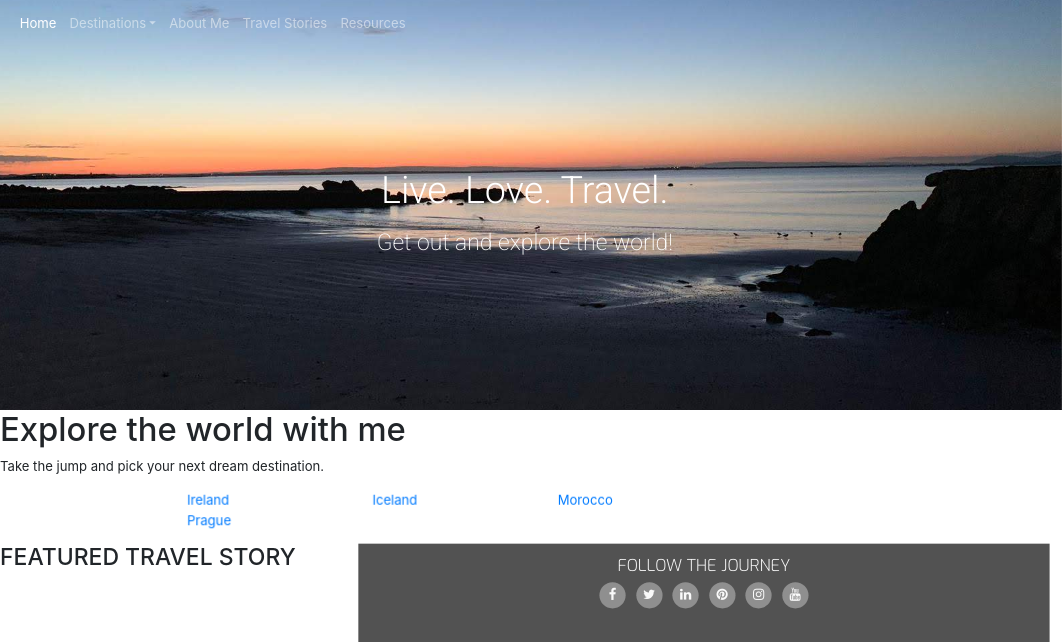
Repository: lhynes/User-Centric-Frontend-Development-Milestone-Project
Page: index.html
The author's editor kept a record of every edit. The page is drawn from the files as they stood at one moment, then again after the next edit.
The browser window is 1280 px wide. The page is 1295 px wide, so the pictures cover 1295 px, including what lies to the right of the window. The pictures show the whole page, at 82% of full size.
Some web libraries are served in a nearby version.

Above is the page before.

### index.html
<!DOCTYPE html>
<html lang="en">

<head>
    <meta charset="UTF-8">
    <meta name="viewport" content="width=device-width, initial-scale=1.0">
    <meta http-equiv="X-UA-Compatible" content="ie=edge">
    <!--access exrtenal links - bootstrap cdn - https://www.bootstrapcdn.com/-->
    <link rel="stylesheet" href="https://stackpath.bootstrapcdn.com/bootstrap/4.3.1/css/bootstrap.min.css" type="text/css" />
    <script src="https://ajax.googleapis.com/ajax/libs/jquery/3.3.1/jquery.min.js"></script>
    <script src="https://cdnjs.cloudflare.com/ajax/libs/popper.js/1.12.9/umd/popper.min.js"></script>
    <script src="https://maxcdn.bootstrapcdn.com/bootstrap/4.0.0/js/bootstrap.min.js"></script>




    <!--access exrtenal links - fontAwesome cdn - https://www.bootstrapcdn.com/-->
    <link rel="stylesheet" href="https://stackpath.bootstrapcdn.com/font-awesome/4.7.0/css/font-awesome.min.css" type="text/css" />
    <!--CdN to access hover CSS-->
    <link rel="stylesheet" href="https://cdnjs.cloudflare.com/ajax/libs/hover.css/2.3.1/css/hover-min.css" type="text/css" />
    <!-- project CSS style sheet-->
    <link rel="stylesheet" href="assets/css/style.css" type="text/css" />
    <script src="//maxcdn.bootstrapcdn.com/bootstrap/3.3.0/js/bootstrap.min.js"></script>
    <script src="//code.jquery.com/jquery-1.11.1.min.js"></script>
    <title>Live.Love.Travel.</title>
</head>

<body>
    <header>
        <!-- hero image and nagivation section-->
        <div class="row hero">
            <!--nav-->
            <div class="col-md-12">
                <!--Navbar - https://mdbootstrap.com/snippets/jquery/ascensus/145608-->
                <nav class="navbar navbar-expand-lg navbar-dark primary-color">
                    <!-- Collapse button to ensure correct for mobile view -->
                    <button class="navbar-toggler" type="button" data-toggle="collapse" data-target="#basicExampleNav" aria-controls="basicExampleNav" aria-expanded="false" aria-label="Toggle navigation">
        <span class="navbar-toggler-icon"></span>
      </button>

                    <!-- Collapsible content -->
                    <div class="collapse navbar-collapse" id="basicExampleNav">

                        <!-- Links -->
                        <ul class="navbar-nav mr-auto">
                            <li class="nav-item active">
                                <a class="nav-link" href="index.html">Home
              <span class="sr-only">(current)</span>
            </a>
                            </li>

                            <!-- Dropdown for destinations -->
                            <li class="nav-item dropdown">
                                <a class="nav-link dropdown-toggle" id="navbarDropdownMenuLink1" data-toggle="dropdown" aria-haspopup="true" aria-expanded="false">Destinations</a>
                                <div class="dropdown-menu dropdown-primary" aria-labelledby="navbarDropdownMenuLink1">
                                    <a class="dropdown-item" href="ireland.html">Ireland</a>
                                    <a class="dropdown-item" href="iceland.html">Iceland</a>
                                    <a class="dropdown-item" href="morocco.html">Morocco</a>
                                    <a class="dropdown-item" href="prague.html">Prague</a>
                                </div>
                            </li>
                            <li class="nav-item">
                                <a class="nav-link" href="aboutme.html">About Me</a>
                            </li>


                            <li class="nav-item">
                                <a class="nav-link" href="travelstories">Travel Stories</a>
                            </li>
                            <li class="nav-item">
                                <a class="nav-link" href="resources">Resources</a>
                            </li>
                        </ul>
                </nav>

                </div>
                <!-- Tagline-->
                <div class="col-md-12">
                    <div class="row no-gutters bg-color-name-title">
                        <div class="col heading">
                            <h1 class="hero-title">Live. Love. Travel.</h1>
                            <h2 class="hero-subtitle">Get out and explore the world!</h2>
                        </div>
                    </div>
                </div>

            </div>
    </header>

    <!-- Main content section -->
    <section>
        <div class="row">
            <div class="col homepageWelcomeMessage">
                <h1> Explore the world with me</h1>
                <p>Take the jump and pick your next dream destination.
                </p>
            </div>
        </div>

        <div class="row no-gutters">
            <div class="col-md-2">

            </div>
            <div class="col-md-8">
                <ul id="destinationNav" class="list-inline destinationcontainer">
                    <li class="col-6 col-sm-3 ui-destination-ireland list-inline-item menuitem">
                        <a href="ireland.html" class="hvr-sweep-to-bottom"><span>Ireland</span></a>
                    </li>

                    <li class="col-6 col-sm-3 ui-menu-destination-iceland list-inline-item menuitem">
                        <a href="iceland.html" class="hvr-sweep-to-bottom"><span>Iceland</span></a>
                    </li>

                    <li class="col-6 col-sm-3 ui-menu-destination-morocco list-inline-item menuitem">
                        <a href="morocco.html" class="hvr-sweep-to-bottom"><span>Morocco</span></a>
                    </li>
                    <li class="col-6 col-sm-3 ui-menu-destination-prague list-inline-item menuitem">
                        <a href="prague.html" target="_blank" class="hvr-sweep-to-bottom"><span>Prague</span></a>
                    </li>
                </ul>
            </div>
            <div class="col-md-2"></div>
        </div>
        <!--  <div class="row">
            <div class="col homepageWelcomeMessage">
                <h1> Featured Travel story</h1>
                <p>Take the jump and pick your next dream destination.
                </p>
            </div>
        </div>-->


        <div class="row featureTravelStorySection">
            <!--allow us to create a table structure so that our columns will remain the same height, regardless of content-->
            <!--he row-table class specifies the use of a table whereas section-column specifies the use of a table cell, which will give us evenly sized columns in terms of height.-->


            <div class="col-md-4 bg-color-personal-info section-column">
                <div class="row">
                    <div class="col-12">
                        <h3 class="section-heading uppercase">
                            Featured Travel story
                        </h3>
                    </div>
                </div>


            </div>
            <div class="col-md-8 bg-color-three-reasons section-column">
                <div class="row">
                    <div class="col">
                        <!--<div class="card">
                            <div class="card-body"> "On day three of the classic Inka Trail to Machu Picchu in Peru, we reached the summit of Abra de Runkuracay eager to take in the views around us. The day was unusually warm; wispy white clouds rolled in and out of the deep
                                green valleys, aided by a gentle breeze. We scuttled up to the highest point we could find. Even though the clouds obstructed much of the view, I could feel the enormity of the valley we were perched above. I searched for
                                snowy peaks in the distance, searched for the river far below. In that moment, I could do no more than revere my surroundings and feel that I was a part of something important. The history enveloped me, the sights burned
                                themselves into my memory, the crisp mountain air filled my lungs. My overwhelmed senses were reminding me: This is why I travel." Story by <a href="https://hostelgeeks.com/machu-picchus-gigantic-aura-reminder-travel/"
                                    target="_blank">Anna</a> </div>
                        </div>
                    </div>
                </div>

            </div>
        </div>





    </section>
    <!--Footer section-->
    <footer class="container-fluid">
        <!--full width flexible container-->
        <div id="footer-details" class="row">
            <div class="col-sm-12">
                <h5 class="uppercase general-sub">Follow the Journey</h5>
                <ul class="list-inline social-links">
                    <li class="list-inline-item">
                        <!-- every list-inline in boostrap needs a list-inline item-->
                        <a target="_blank" href="">
                            <i class="fa fa-facebook" aria-hidden="true"></i>
                            <span class="sr-only">Facebook</span>
                        </a>
                    </li>
                    <li class="list-inline-item">
                        <a target="_blank" href="#">
                            <i class="fa fa-twitter" aria-hidden="true"></i>
                            <span class="sr-only">Twitter</span>
                        </a>
                    </li>
                    <li class="list-inline-item">
                        <a target="_blank" href="#">
                            <i class="fa fa-linkedin" aria-hidden="true"></i>
                            <span class="sr-only">LinkedIn</span>
                        </a>
                    </li>
                    <li class="list-inline-item">
                        <a target="_blank" href="#">
                            <i class="fa fa-pinterest" aria-hidden="true"></i>
                            <span class="sr-only">Pinterest</span>
                        </a>
                    </li>
                    <li class="list-inline-item">
                        <a target="_blank" href="#">
                            <i class="fa fa-instagram" aria-hidden="true"></i>
                            <span class="sr-only">Instagram</span>
                        </a>
                    </li>
                    <li class="list-inline-item">
                        <a target="_blank" href="#">
                            <i class="fa fa-youtube" aria-hidden="true"></i>
                            <span class="sr-only">YouTube</span>
                        </a>
                    </li>
                </ul>
            </div>

        </div>

    </footer>


</body>

</html>

### assets/css/style.css
@import url('https://fonts.googleapis.com/css?family=Roboto:100,200,300,400,500,600,700|Exo:100,200,300,400,500,600,700');

/*-----------------------------------Colours */

.bg-color-hero {
    background-color: red;
    color: #ffffff;
}

/*-----------------------------------Special paddings/margins/text - General CSS area used more than once through out the site */

.uppercase {
    text-transform: uppercase;
}

.general-sub {
    font-family: "Exo", sans-serif;
    font-weight: 300;
    color: #fafafa;

}


/*-----------------------------------Heading */

.hero {
    background: url("../images/morning.jpg");
    text-align: center;
    background-position: center;
    background-repeat: no-repeat;
    background-size: cover;
    min-height: 500px;
    transition: all .5s ease-in-out;
    -moz-transition: all .5s ease-in-out;
    -webkit-transition: all .5s ease-in-out;

}

.hero-title {
    font-family: "Roboto", sans-seriif;
    font-weight: 300;
    font-size: 46px;
    margin-top: 50px;
    color: #ffffff;
}

.hero-subtitle {
    font-family: "Roboto", sans-seriif;
    font-weight: 200;
    font-size: 28px;
    margin-top: 20px;
    margin-bottom: 90px;
    color: #ffffff;
}


/*-----------------------------------Hover.css */

/*-----------------------------------Home */

/*-----------------------------------About Me*/

/*-----------------------------------Destinations*/

/*-----------------------------------Travel Stories*/

/*-----------------------------------Resources*/

/*-----------------------------------Footer styles */

footer {
    background-color: #525252;
    color: #fafafa;
    min-height: 120px;
    margin: 0;
    text-align: center;
    padding-top: 15px;
}


.social-links {
    padding-bottom: 15px;

}

.social-links li a i {
    width: 32px;
    height: 32px;
    padding: 12px 0;
    border-radius: 50%;
    line-height: 7px;
    text-align: center;
    color: #fafafa;
    background: #8f8f8f;
    -moz-transition: all 0.35s ease-in-out;
    -webkit-transition: all 0.35s ease-in-out;
    -o-transition: all 0.35s ease-in-out;
}

.social-links li a i:hover {
    background-color: blue;
}



/*-----------------------------------Media Queries*/

After the next edit:
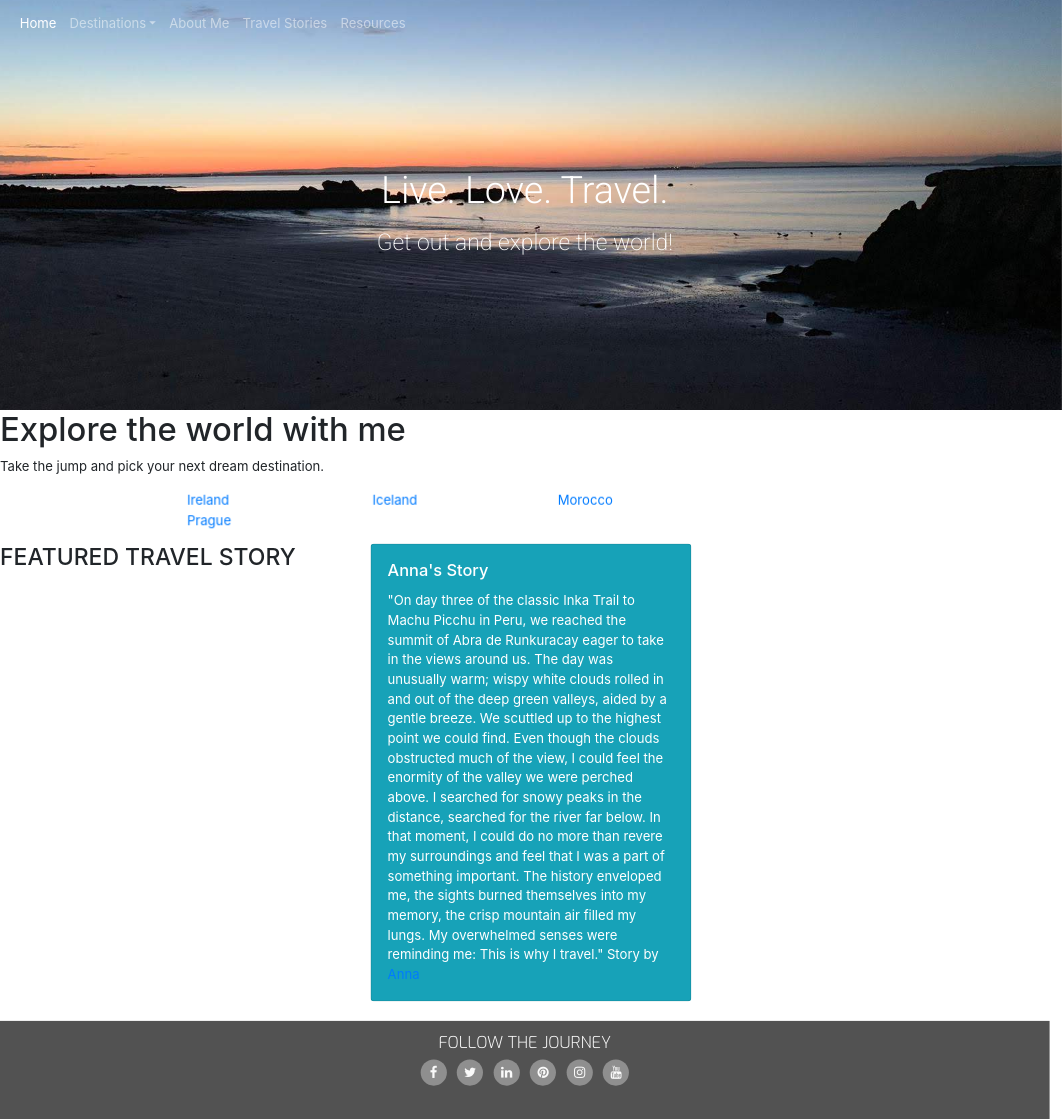
The edit:
--- a/index.html
+++ b/index.html
@@ -155,7 +155,19 @@
                                 snowy peaks in the distance, searched for the river far below. In that moment, I could do no more than revere my surroundings and feel that I was a part of something important. The history enveloped me, the sights burned
                                 themselves into my memory, the crisp mountain air filled my lungs. My overwhelmed senses were reminding me: This is why I travel." Story by <a href="https://hostelgeeks.com/machu-picchus-gigantic-aura-reminder-travel/"
                                     target="_blank">Anna</a> </div>
-                        </div>
+                        </div>-->
+                         <div class="col-sm-6">
+        <div class="card text-white bg-info mb-4">
+            <div class="card-body">
+                <h5 class="card-title">Anna's Story</h5>
+                <p class="card-text">"On day three of the classic Inka Trail to Machu Picchu in Peru, we reached the summit of Abra de Runkuracay eager to take in the views around us. The day was unusually warm; wispy white clouds rolled in and out of the deep
+                                green valleys, aided by a gentle breeze. We scuttled up to the highest point we could find. Even though the clouds obstructed much of the view, I could feel the enormity of the valley we were perched above. I searched for
+                                snowy peaks in the distance, searched for the river far below. In that moment, I could do no more than revere my surroundings and feel that I was a part of something important. The history enveloped me, the sights burned
+                                themselves into my memory, the crisp mountain air filled my lungs. My overwhelmed senses were reminding me: This is why I travel." Story by <a href="https://hostelgeeks.com/machu-picchus-gigantic-aura-reminder-travel/"
+                                    target="_blank">Anna</a></p>
+            </div>
+        </div>
+    </div>
                     </div>
                 </div>
 
